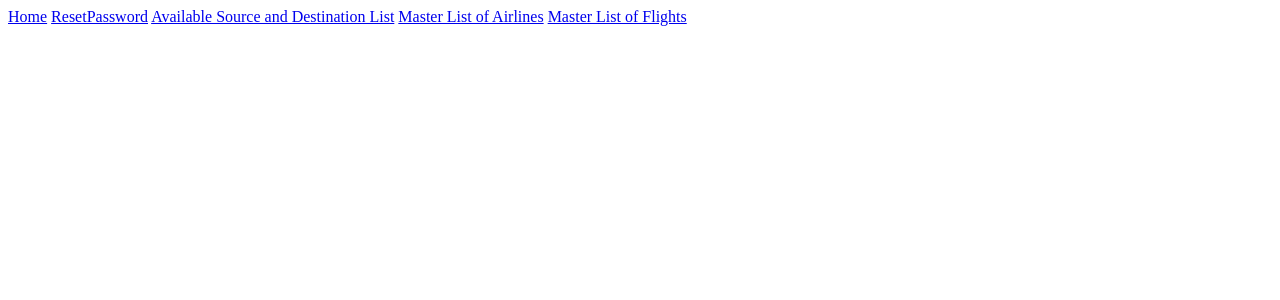
Repository: Shivani2392/FlyAwayProject
Page: http://localhost/FlightBookingPortal/WelcomeAdmin.jsp
These files come from the project's save history. The page is drawn as it stood at one moment and after the next save; the edit follows.
The browser window is 1280 px wide. The pictures show the whole page.
The page is served by Tomcat 9.

Above is the page before, as saved 2020-11-22 10:16:44.

After the next save:
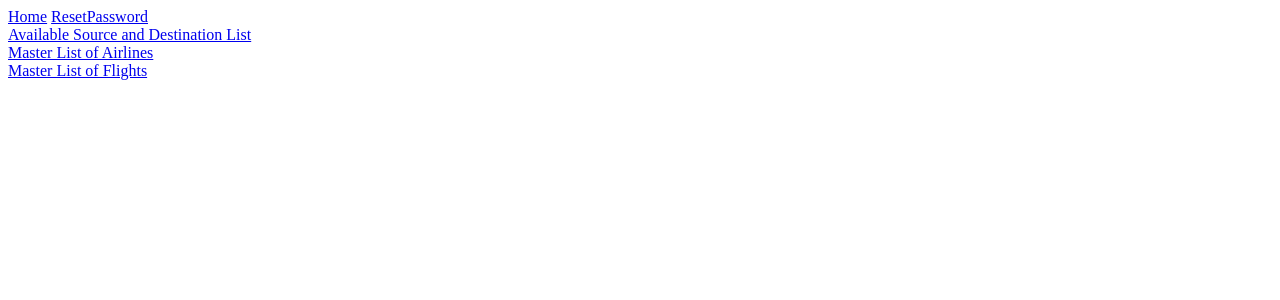
Saved 20 min 36 s later.
--- a/FlightBookingPortal/src/main/webapp/WelcomeAdmin.jsp
+++ b/FlightBookingPortal/src/main/webapp/WelcomeAdmin.jsp
@@ -33,8 +33,11 @@
 <div class="Menu">
   <a href="#" class="active">Home</a>
   <a href="ResetPassword.jsp">ResetPassword</a>
+  <br>
   <a href="MasterSourceDestinationlist.jsp">Available Source and Destination List</a>
+  <br>
   <a href="MasterlistofAirlines.jsp">Master List of Airlines</a>
+  <br>
   <a href="MasterListofFlights.jsp">Master List of Flights</a>
 </div>
 
